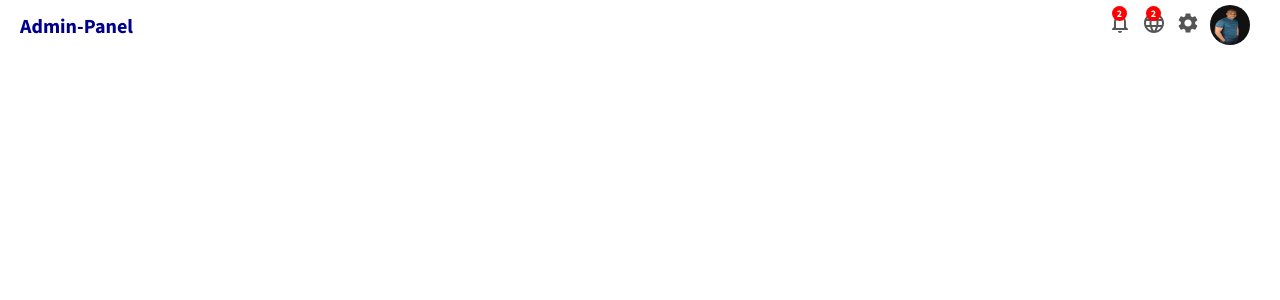
Repository: Samkiroko/admin-panel-ui
Page: /
An editor plug-in stored every save of this project. The page is shown before and after the next save, followed by the edit.
The browser window is 1280 px wide. The pictures show the whole page.
The project was rebuilt for these pictures with package versions that can differ from the ones it lists, and the page was loaded fresh each time.

Above is the page before, as saved 2021-09-22 15:17:57.

After the next save:
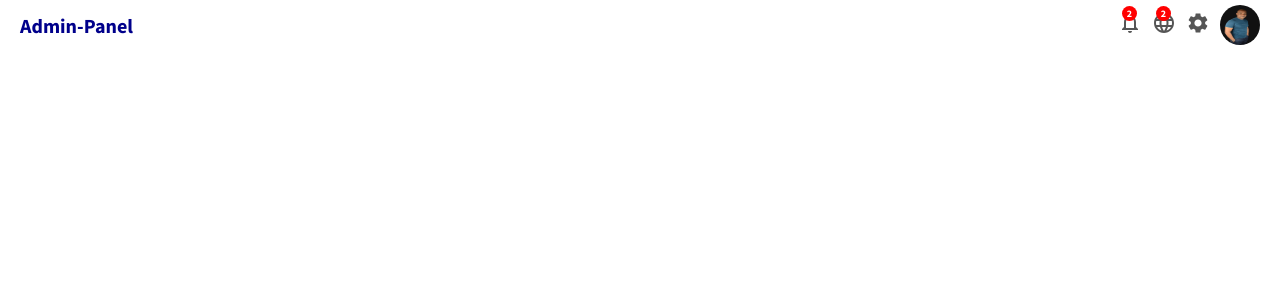
Saved 16 s later.
--- a/src/components/topbar/topbar.css
+++ b/src/components/topbar/topbar.css
@@ -46,9 +46,6 @@
     display: flex;
     align-items: center;
     cursor: pointer;
-    margin-right: 10px;
-    color: #555;
-    justify-content: space-between;
 }
 
 .topAvatar {
